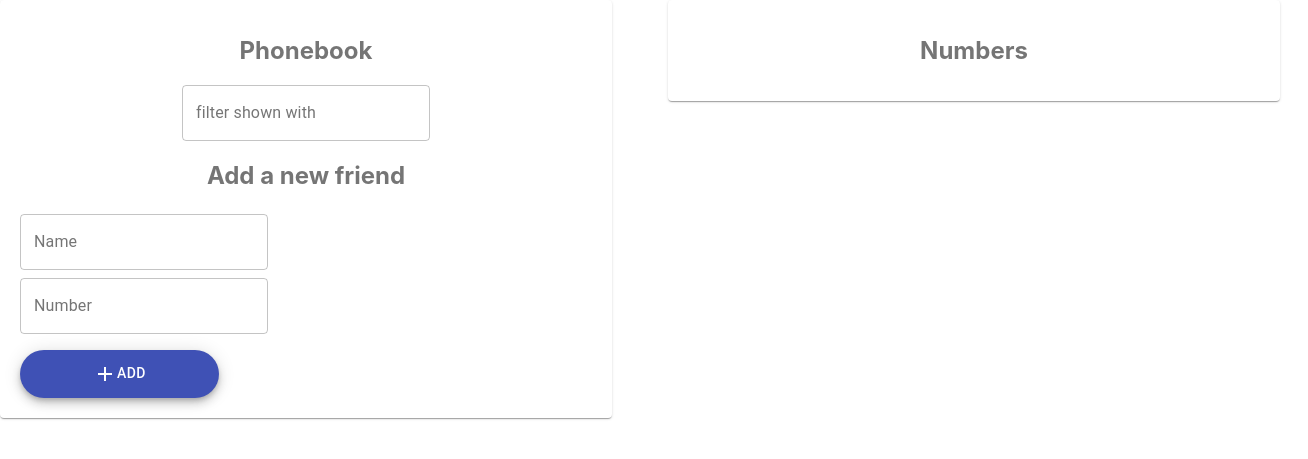
Repository: StacyLafume/phone-book
Page: / (app in phone-book/)
The author's editor kept a copy of each file at every save. The page is drawn from the files as they stood at one save, then again after the next save.
The browser window is 1280 px wide. The page is 1308 px wide, then 1280 px, so the pictures cover 1308 px, including what lies to the right of the window. The pictures show the whole page.
The page's requests for data from a server got no answer. The project was rebuilt for these pictures with package versions that can differ from the ones it lists, and the page was loaded fresh each time. No one was signed in, and anything a server would have sent is missing. Also part of the build but not shown: phone-book/src/PhoneBook.js.

Above is the page before, as saved 2021-04-01 17:42:14.

After the next save:
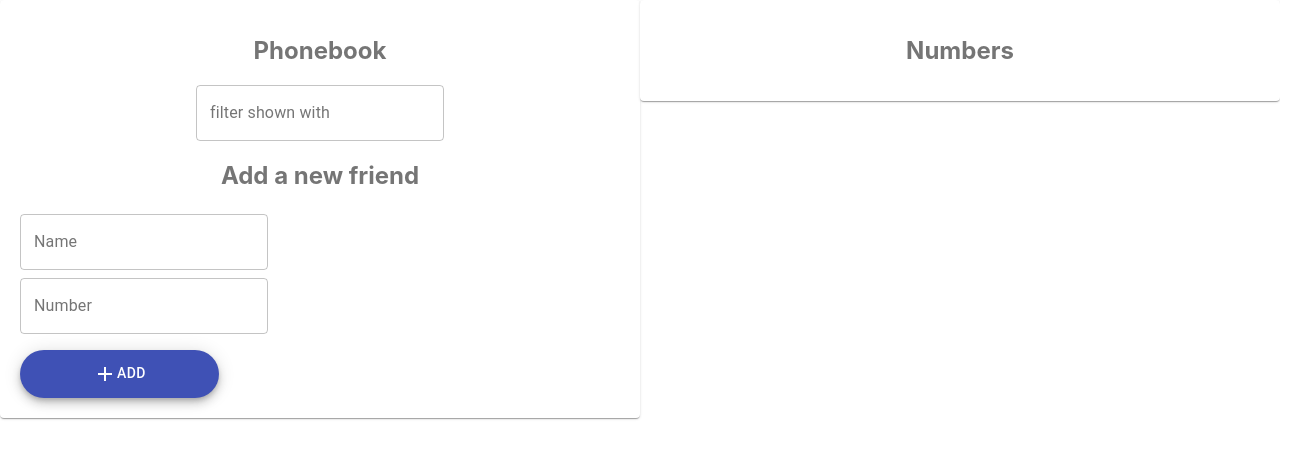
Saved 19 s later.
--- a/phone-book/src/App.js
+++ b/phone-book/src/App.js
@@ -182,7 +182,7 @@ const App = () => {
   return (
 
     <div className={classes.root}>
-      <Grid container spacing={7}>
+      <Grid container spacing={15}>
         <Grid item xs={6}>
         <Paper className={classes.paper}>
           <h2>Phonebook</h2>
